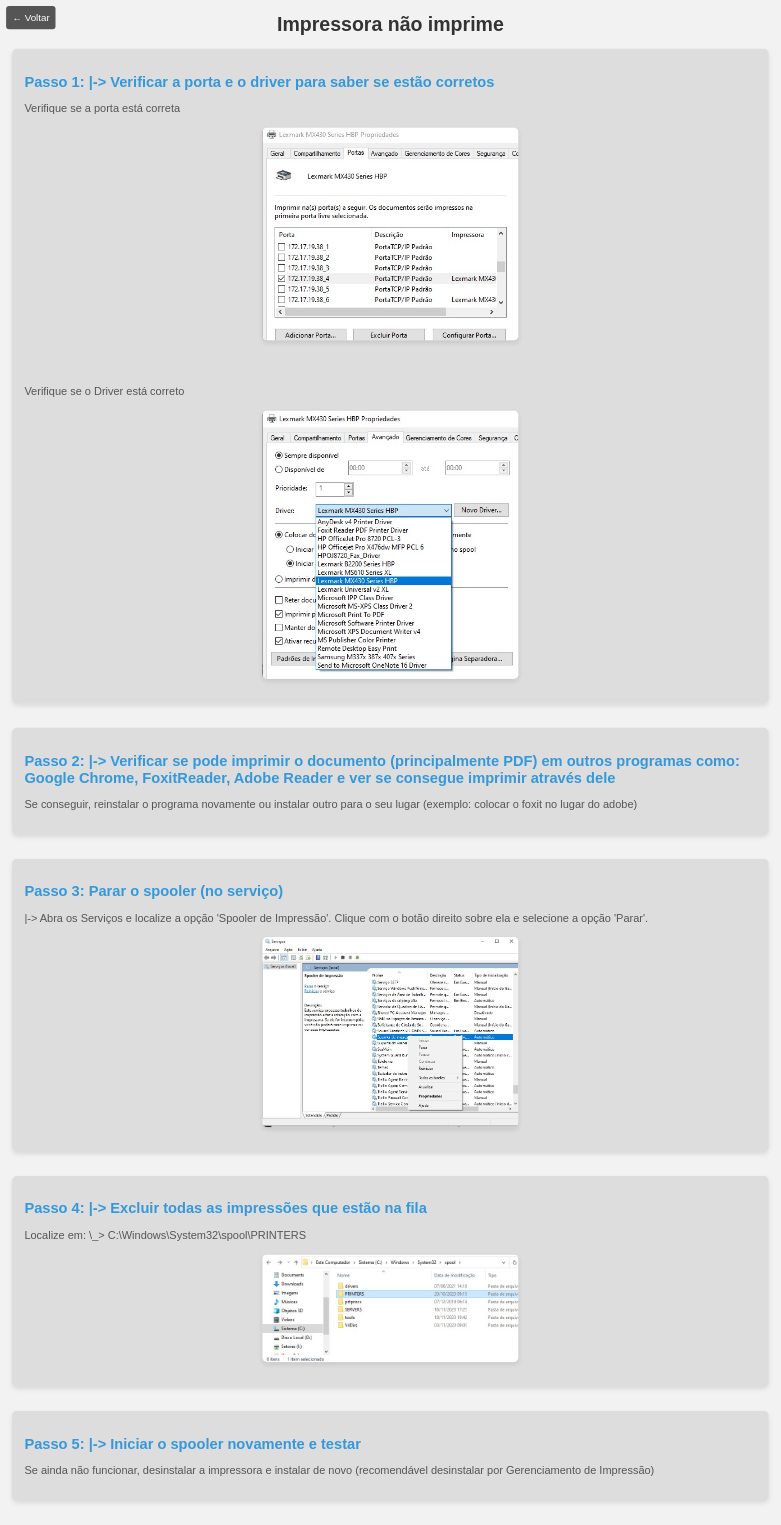
Repository: I4guito/dicasdez
Page: impressoras/notimp.html
An editor plug-in stored every save of this project. The page is shown before and after a run of saves, followed by the edit.
The browser window is 1280 px wide. The pictures show the whole page, at 61% of full size.

Above is the page before, as saved 2023-12-13 15:00:57.

### impressoras/notimp.html
<!DOCTYPE html>

<html lang="pt-br">
    <head>
        <meta charset="UTF-8">
        <meta name="viewport" content="width=device-width, initial-scale=1.0">
        <link rel="stylesheet" href="imp.css">
        <script src="opera.js"></script>
        <title>Passo a Passo Tutorial</title>

    </head>
    <body>
        <header><a href="javascript:history.back()" class="voltar-btn">&#8592; Voltar</a></header>

        <h1>Impressora não imprime</h1>

        <div class="step">
            <h2>Passo 1: |-> Verificar a porta e o driver para saber se estão corretos</h2>
            <p>
                Verifique se a porta está correta
            </p>
            <img src="/impressoras/imagens/portav.jpeg" alt="Imagem do passo 1"><br><br>

            <p>Verifique se o Driver está correto</p>
            <img src="/impressoras/imagens/driverver.jpeg" alt="Imagem do passo 1">

        </div>

        <div class="step">
            <h2>Passo 2: |-> Verificar se pode imprimir o documento (principalmente PDF) em outros programas como: Google Chrome, FoxitReader, Adobe Reader e ver se consegue imprimir através dele</h2>
            <p>
               Se conseguir, reinstalar o programa novamente ou instalar outro para o seu lugar (exemplo: colocar o foxit no lugar do adobe)
            </p>
        </div>

        <div class="step">
            <h2>Passo 3: Parar o spooler (no serviço)</h2>
            <p>
                |-> Abra os Serviços e localize a opção 'Spooler de Impressão'. Clique com o botão direito sobre ela e selecione a opção 'Parar'.
            </p>
            <img src="/Dicas site/impressoras/imagens/Spooler serviço.jpeg" alt="Imagem do passo ">
        </div>

        <div class="step">
            <h2>Passo 4: |-> Excluir todas as impressões que estão na fila</h2>
            <p>
                Localize em:  \_> C:\Windows\System32\spool\PRINTERS
            </p>
            <img src="/Dicas site/impressoras/imagens/Printers.jpeg" alt="Imagem do passo ">
        </div>

        <div class="step">
            <h2>Passo 5: |-> Iniciar o spooler novamente e testar</h2>
            <p>
                Se ainda não funcionar, desinstalar a impressora e instalar de novo (recomendável desinstalar por Gerenciamento de Impressão)

            </p>

        </div>




    </body>
    </html>

### impressoras/imp.css
body {
    font-family: 'Arial', sans-serif;
    margin: 20px;
    background-color: #f2f2f2;
}

h1 {
    text-align: center;
    color: #333;
}

p{
    font-size: 18px;
}

.step {
    margin-bottom: 40px;
    background-color: #ddd;
    padding: 20px;
    border-radius: 8px;
    box-shadow: 0 4px 8px rgba(0, 0, 0, 0.1);
}

.step h2 {
    color: #3498db;
}

.step p {
    color: #555;
}

.step img {
    max-width: 35%;
    height: auto;
    display: block;
    margin: 20px auto;
    border-radius: 8px;
    box-shadow: 0 4px 8px rgba(0, 0, 0, 0.1);


}

.voltar-btn {
    position: absolute;
    left: 10px;
    top: 10px;
    text-decoration: none;
    color: #fff;
    font-size: 16px;
    padding: 10px;
    background-color: #555;
    border: none;
    border-radius: 5px;
    cursor: pointer;
    transition: background-color 0.3s;
}

.voltar-btn:hover {
    background-color: #777;
}

### opera.js

const isOpera = navigator.userAgent.indexOf("OPR") > -1;


if (isOpera) {
  document.addEventListener("DOMContentLoaded", function () {
    document.querySelector("body").style.backgroundColor = "#005c4b";
    document.querySelector(".container").style.color = "#333";
  });
}

After the next 3 saves:
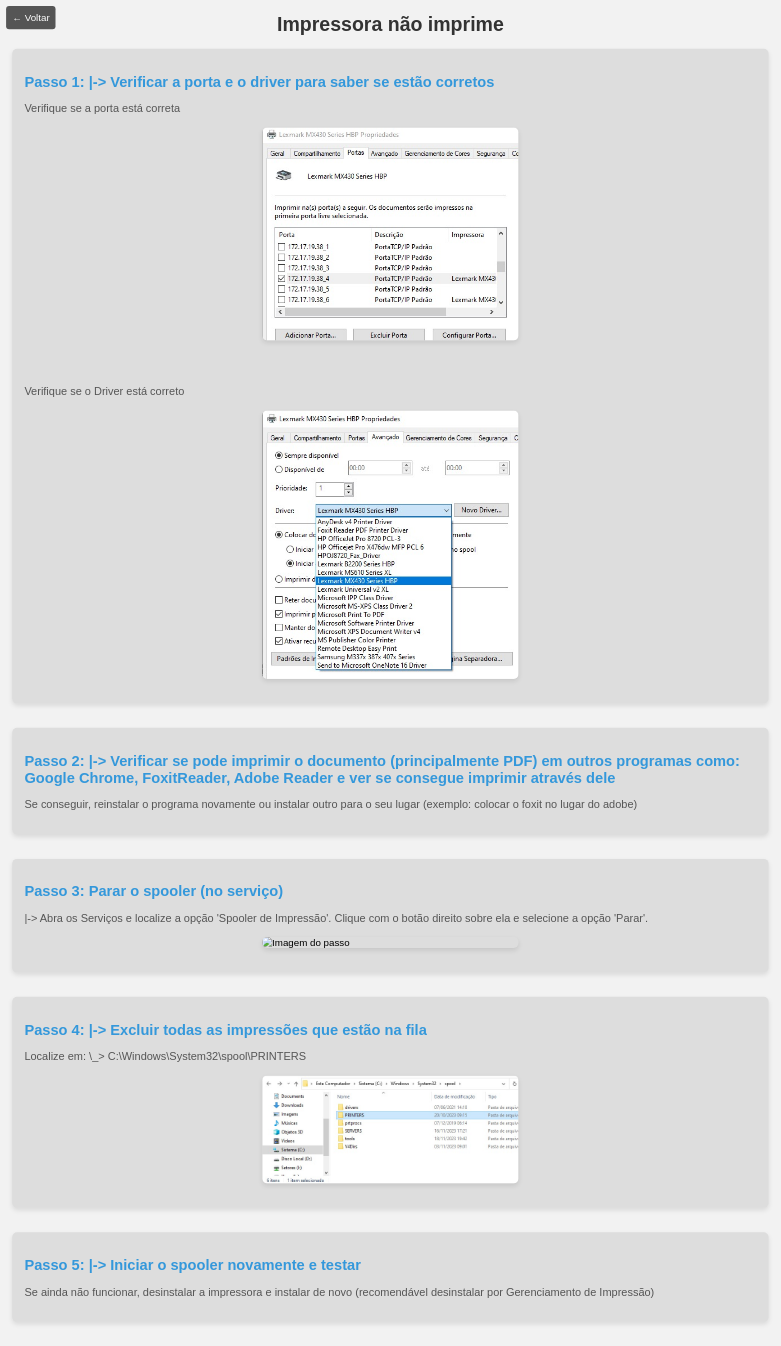
Not found: Dicas site/impressoras/imagens/spoolerserviço.jpeg
The 3 saves are shown as one change because they came seconds apart.
The last was saved 22 s later.
--- a/impressoras/notimp.html
+++ b/impressoras/notimp.html
@@ -38,7 +38,7 @@
             <p>
                 |-> Abra os Serviços e localize a opção 'Spooler de Impressão'. Clique com o botão direito sobre ela e selecione a opção 'Parar'.
             </p>
-            <img src="/Dicas site/impressoras/imagens/Spooler serviço.jpeg" alt="Imagem do passo ">
+            <img src="/Dicas site/impressoras/imagens/spoolerserviço.jpeg" alt="Imagem do passo ">
         </div>
 
         <div class="step">

After the save that followed:
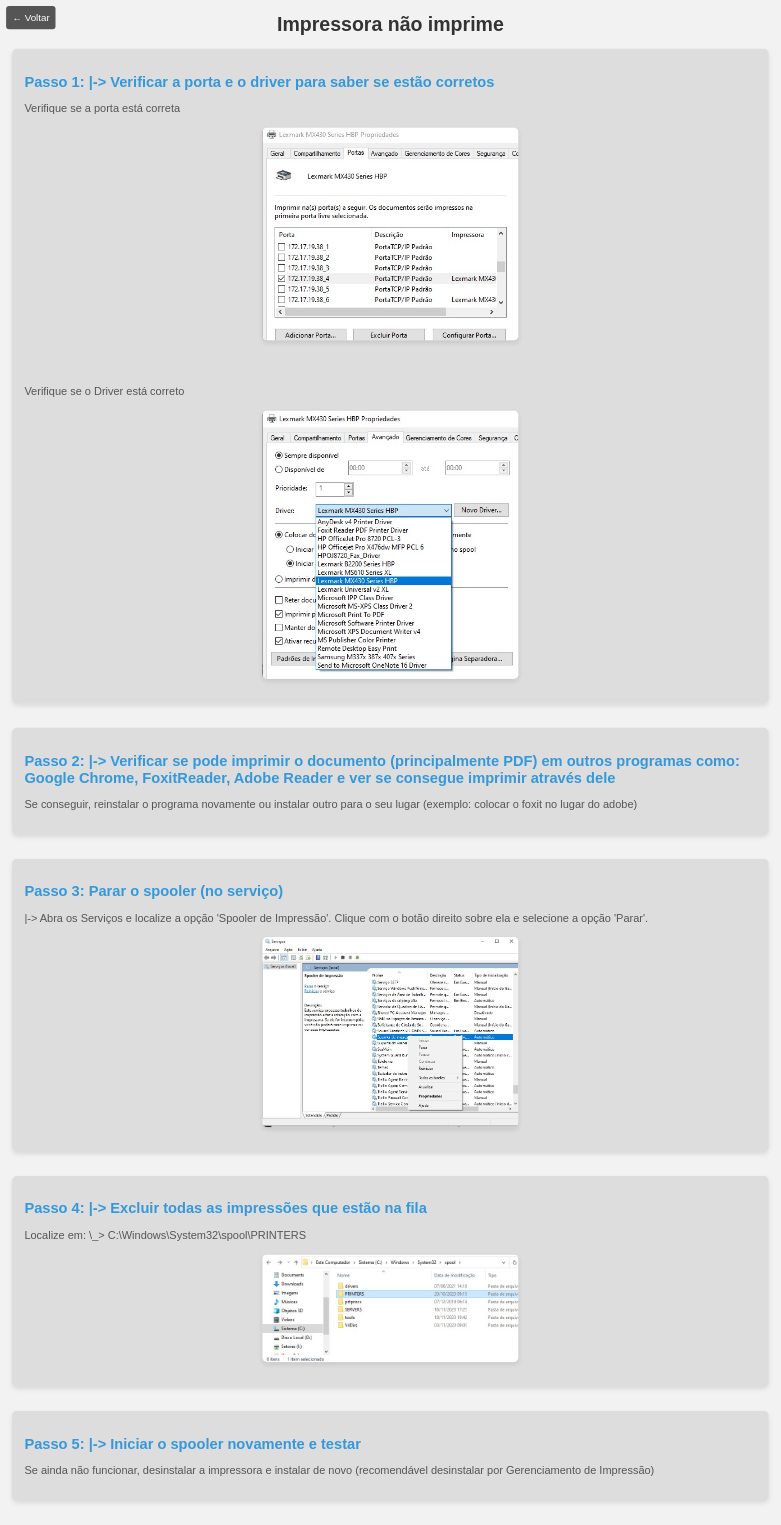
Saved 5 s later.
--- a/impressoras/notimp.html
+++ b/impressoras/notimp.html
@@ -38,7 +38,7 @@
             <p>
                 |-> Abra os Serviços e localize a opção 'Spooler de Impressão'. Clique com o botão direito sobre ela e selecione a opção 'Parar'.
             </p>
-            <img src="/Dicas site/impressoras/imagens/spoolerserviço.jpeg" alt="Imagem do passo ">
+            <img src="/impressoras/imagens/spoolerserviço.jpeg" alt="Imagem do passo ">
         </div>
 
         <div class="step">
